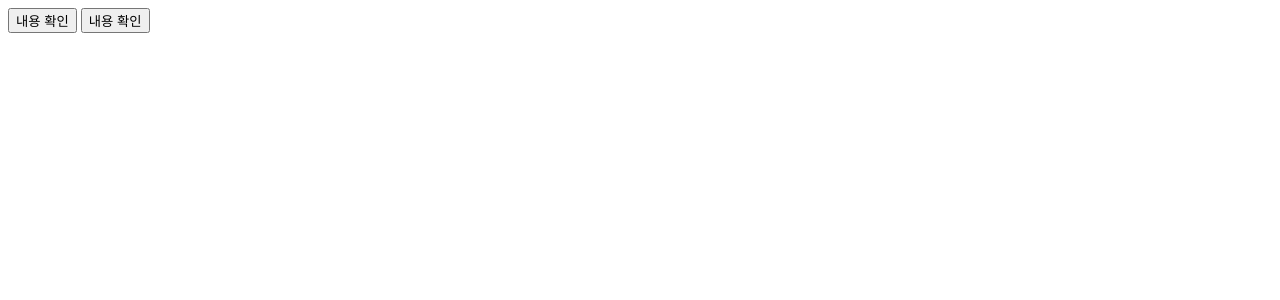
Repository: KYJIN1024/kic_jquery
Page: http://localhost/JQueryEx01/jquery29.jsp
An editor plug-in stored every save of this project. The page is shown before and after the next save, followed by the edit.
The browser window is 1280 px wide. The pictures show the whole page.
The page is served by Tomcat 9.

Above is the page before, as saved 2023-05-16 02:19:42.

### JQueryEx01/src/main/webapp/jquery29.jsp
<%@ page language="java" contentType="text/html; charset=UTF-8"
    pageEncoding="UTF-8"%>
<!DOCTYPE html>
<html>
<head>
<meta charset="UTF-8">
<title>Insert title here</title>

<script src="https://ajax.googleapis.com/ajax/libs/jquery/3.6.4/jquery.min.js"></script>
<script>

	$( document ).ready( function() {
		document.getElementById('btn1').onclick = function() {

			const html = document.getElementById('result');
			//html.innerHTML = '<i>새로운 결과</i>';
			html.textContent ='<i>새로운 결과 </i>';

			// console.log( html.innerHTML);
			// console.log( html.textContent);

			// jQuery
			//$('#result').html('<i>새로운 결과</i>');
			$('#result').text('<i>새로운 결과</i>' );

		};

	});

</script>
</head>
<body>
	<button id="btn1">내용 확인</button>
	<button id="btn2">내용 확인</button>

</body>
</html>

After the next save:
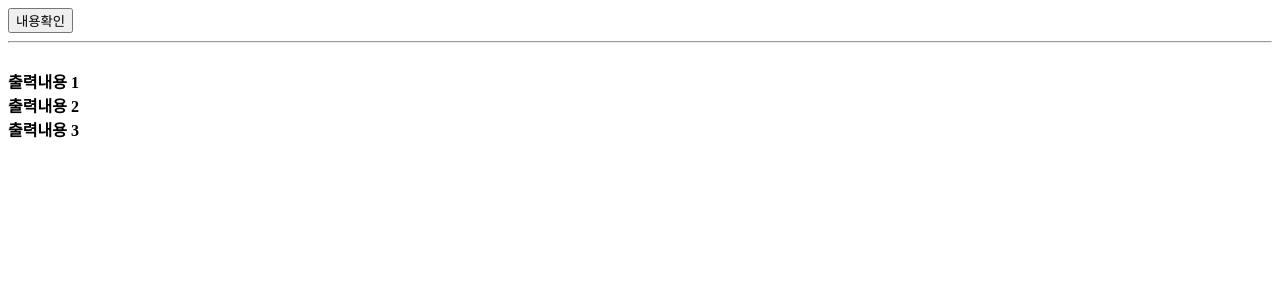
Saved 81 s later.
--- a/JQueryEx01/src/main/webapp/jquery29.jsp
+++ b/JQueryEx01/src/main/webapp/jquery29.jsp
@@ -12,16 +12,6 @@
 	$( document ).ready( function() {
 		document.getElementById('btn1').onclick = function() {
 
-			const html = document.getElementById('result');
-			//html.innerHTML = '<i>새로운 결과</i>';
-			html.textContent ='<i>새로운 결과 </i>';
-
-			// console.log( html.innerHTML);
-			// console.log( html.textContent);
-
-			// jQuery
-			//$('#result').html('<i>새로운 결과</i>');
-			$('#result').text('<i>새로운 결과</i>' );
 
 		};
 
@@ -30,8 +20,11 @@
 </script>
 </head>
 <body>
-	<button id="btn1">내용 확인</button>
-	<button id="btn2">내용 확인</button>
+	<button id="btn1">내용확인</button>
+	<br /> <hr /> <br />
+	<div><b>출력내용 1</b></div>
+	<div><b>출력내용 2</b></div>
+	<div><b>출력내용 3</b></div>
 
 </body>
 </html>
